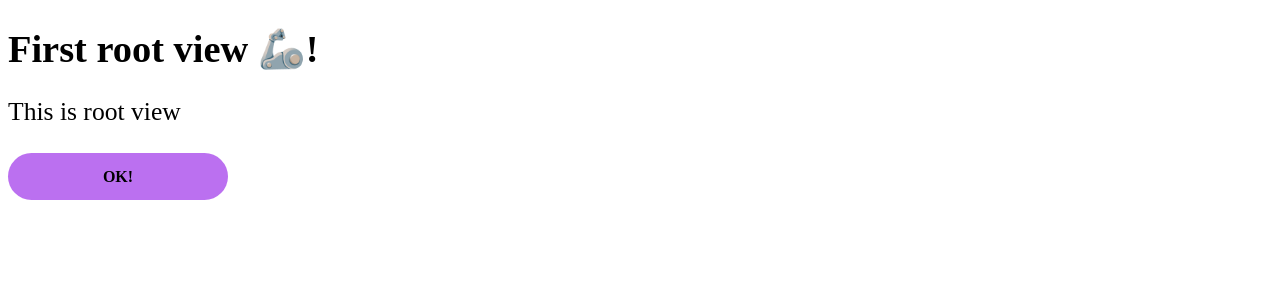
Repository: TeodorWolski/SatchApp
Page: / (app in watchapp/)
An editor plug-in stored every save of this project. The page is shown before and after the next save, followed by the edit.
The browser window is 1280 px wide. The pictures show the whole page.
The project was rebuilt for these pictures with package versions that can differ from the ones it lists, and the page was loaded fresh each time.

Above is the page before, as saved 2021-03-07 14:57:10.

### watchapp/src/index.js
import React from 'react';
import ReactDOM from 'react-dom';
import Root from 'views/Root';

ReactDOM.render(
  <React.StrictMode>
    <Root />
  </React.StrictMode>,
  document.getElementById('root'),
);

// If you want to start measuring performance in your app, pass a function
// to log results (for example: reportWebVitals(console.log))
// or send to an analytics endpoint. Learn more: https://bit.ly/CRA-vitals

### watchapp/src/views/Root.js
import React from 'react';
import Button from 'components/atoms/Button/Button';
import Paragraph from 'components/atoms/Paragraph/Paragraph';
import Heading from 'components/atoms/Heading/Heading';

const Root = () => (
  <div>
    <Heading>First root view 🦾!</Heading>
    <Paragraph>This is root view</Paragraph>
    <Button>ok!</Button>
  </div>
);
export default Root;

### watchapp/src/components/atoms/Button/Button.js
import styled, { css } from 'styled-components';

const Button = styled.button`
  display: flex;
  justify-content: center;
  align-items: center;
  color: black;
  text-decoration: none;
  padding: 0;
  background: hsl(275, 81%, 69%);
  width: 220px;
  height: 47px;
  border: none;
  border-radius: 50px;
  font-family: 'Montserrat';
  font-weight: 600;
  font-size: 1rem;
  text-transform: uppercase;

  ${({ secondary }) =>
    secondary &&
    css`
      background: hsl(0, 0%, 90%);
      width: 105px;
      height: 30px;
      font-size: 10px;
    `}
`;

export default Button;

### watchapp/src/components/atoms/Paragraph/Paragraph.js
import styled from 'styled-components';

const Paragraph = styled.p`
  font-size: 1.6rem;
  font-family: Montserrat;
`;

export default Paragraph;

### watchapp/src/components/atoms/Heading/Heading.js
import styled, { css } from 'styled-components';

const Heading = styled.h1`
  font-size: 2.4rem;
  font-weight: 600;
  font-family: Montserrat;

  ::first-letter {
    text-transform: capitalize;
  }

  ${({ big }) =>
    big &&
    css`
      font-size: 4rem;
    `}
`;

export default Heading;

Loaded but not shown: watchapp/public/index.html (common file)

After the next save:
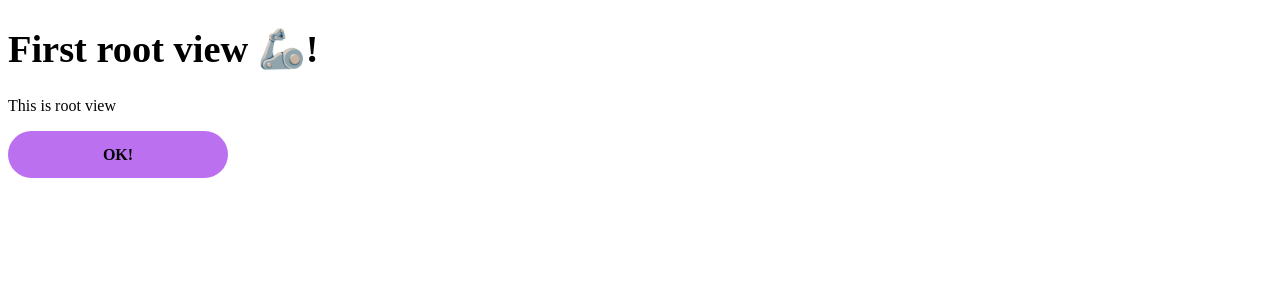
Saved 9 min 9 s later.
--- a/watchapp/src/components/atoms/Paragraph/Paragraph.js
+++ b/watchapp/src/components/atoms/Paragraph/Paragraph.js
@@ -1,7 +1,7 @@
 import styled from 'styled-components';
 
 const Paragraph = styled.p`
-  font-size: 1.6rem;
+  font-size: 16px;
   font-family: Montserrat;
 `;
 

After the save that followed:
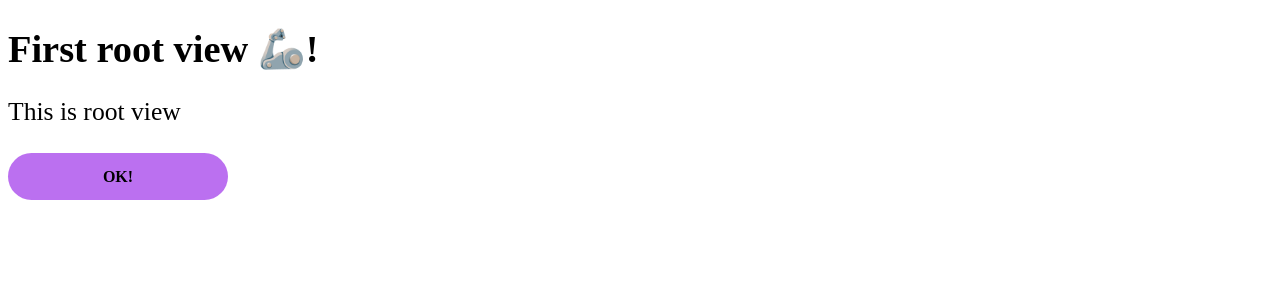
Saved 9 s later.
--- a/watchapp/src/components/atoms/Paragraph/Paragraph.js
+++ b/watchapp/src/components/atoms/Paragraph/Paragraph.js
@@ -1,7 +1,7 @@
 import styled from 'styled-components';
 
 const Paragraph = styled.p`
-  font-size: 16px;
+  font-size: 1.6rem;
   font-family: Montserrat;
 `;
 
